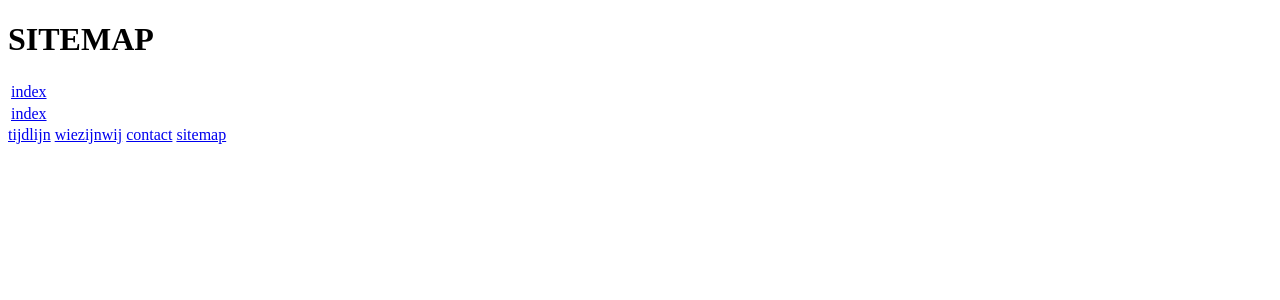
Repository: w1-knippenbergluuk/Applicatieontwikkelaar-2015-2016
Page: http://localhost/sitemap.php
The author's editor kept a record of every edit. The page is drawn from the files as they stood at one moment, then again after the next edit.
The browser window is 1280 px wide. The pictures show the whole page.
The page is run by PHP 8.4 with error messages shown; the project is at /var/www/html/.

Above is the page before.

After the next edit:
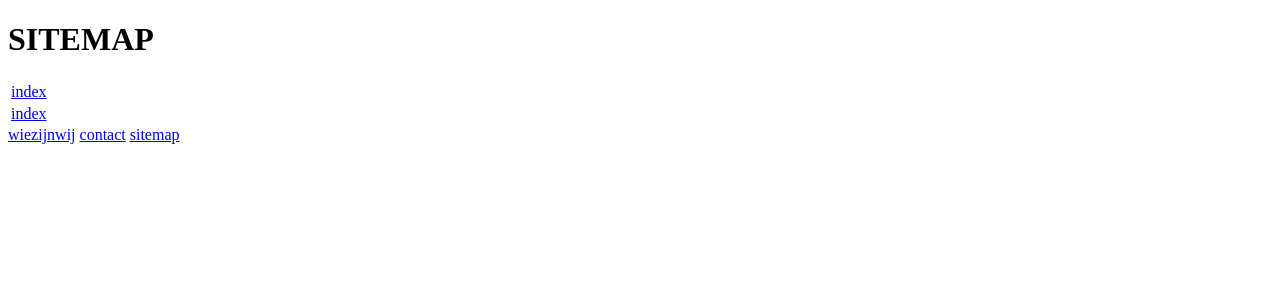
The edit:
--- a/Luuk/Periode1/Project/sitemap.php
+++ b/Luuk/Periode1/Project/sitemap.php
@@ -15,7 +15,7 @@
             </tr>
         </table>
 
-        <a href="tijdlijn.php">tijdlijn</a>
+
         <a href="wiezijnwij.php">wiezijnwij</a>
         <a href="contact.php">contact</a>
         <a href="sitemap.php">sitemap</a>
